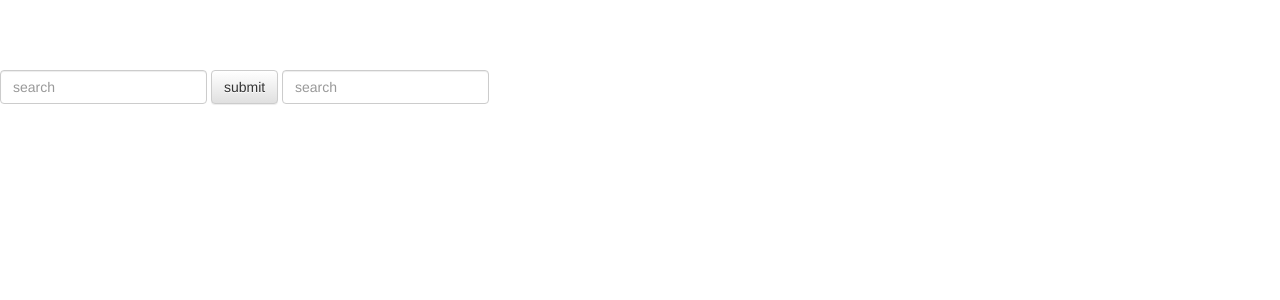
Repository: Echo-Jiang/Echo-Jiang.github.io
Page: test.8.html
The author's editor kept a record of every edit. The page is drawn from the files as they stood at one moment, then again after the next edit.
The browser window is 1280 px wide. The pictures show the whole page.

Above is the page before.

After the next edit:
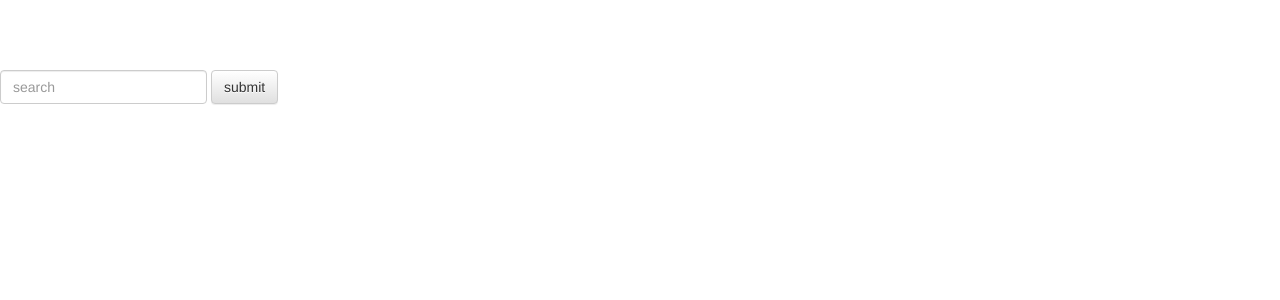
The edit:
--- a/test.8.html
+++ b/test.8.html
@@ -33,11 +33,7 @@
         <input type="search" class="form-control" id="search1" placeHolder="search">
       </div>
       <button type="button" class="btn btn-default">submit</button>
-      <div class="form-group">
-        <label class="sr-only" for="exampleInputSearch2">Search2</label>
-        <input type="search" class="form-control" id="search2" placeHolder="search">
-      </div>
-      </form>
+    </form>
 
     <script src="js/jquery.min.js"></script>
     <script src="js/bootstrap.min.js"></script>
